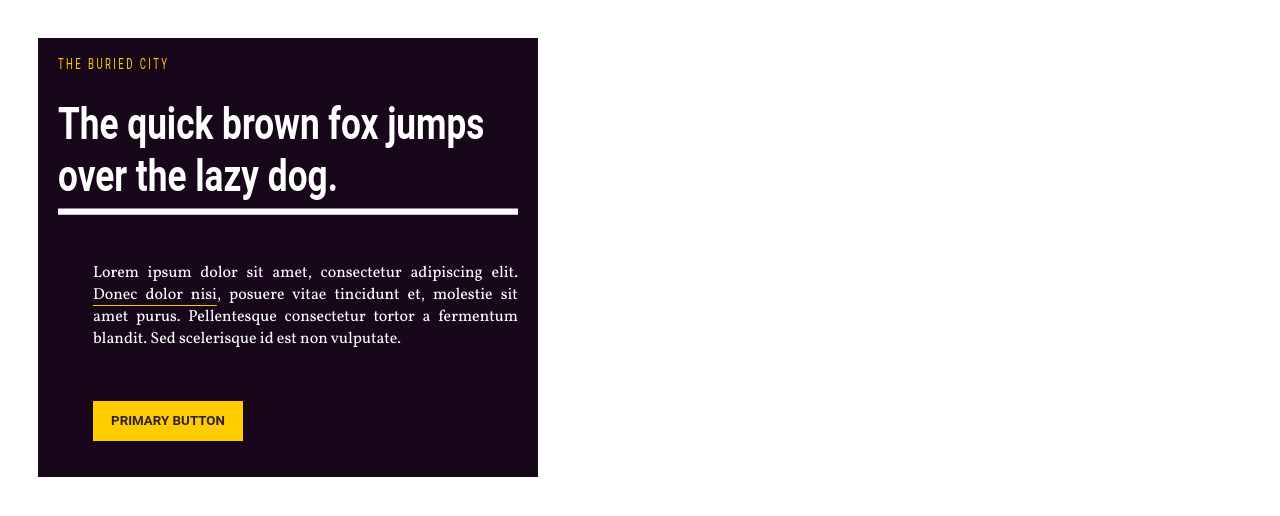
Repository: rafigabriel/TP2---Web-I
Page: ex03-css/index.html
These files come from the project's save history. The page is drawn as it stood at one moment and after a run of saves; the edit follows.
The browser window is 1280 px wide. The pictures show the whole page.

Above is the page before, as saved 2024-09-09 18:27:02.

### ex03-css/index.html
<!DOCTYPE html>
<html lang="pt-br">
    <head>
        <meta charset="UTF-8">
        <meta name="viewport" content="width=device-width, initial-scale=1.0">
        <title>Exercicio 3</title>
        <link rel="stylesheet" href="style.css">
        <link rel="preconnect" href="https://fonts.googleapis.com">
        <link rel="preconnect" href="https://fonts.gstatic.com" crossorigin>
        <link
            href="https://fonts.googleapis.com/css2?family=Roboto+Condensed:ital,wght@0,100..900;1,100..900&display=swap"
            rel="stylesheet">
        <link rel="preconnect" href="https://fonts.googleapis.com">
        <link rel="preconnect" href="https://fonts.gstatic.com" crossorigin>
        <link
            href="https://fonts.googleapis.com/css2?family=Vollkorn:ital,wght@0,400..900;1,400..900&display=swap"
            rel="stylesheet">

    </head>
    <body>
        <div id="container">
            <p id="secao">The buried city</p>
            <h1>The quick brown fox jumps over the lazy dog.</h1>
            <p>Lorem ipsum dolor sit amet, consectetur adipiscing elit. <a
                    id="link"
                    href="#">Donec dolor nisi</a>, posuere vitae tincidunt et,
                molestie sit amet purus. Pellentesque consectetur tortor a
                fermentum
                blandit. Sed scelerisque id est non vulputate.</p>
            <p>
                <button>Primary button</button>
            </p>

        </div>

    </body>
</html>

### ex03-css/style.css
body{
    width: 500px;
    color: #231900;
    padding: 30px;
}

#container{
    background-color: #18071B;
    padding: 20px;
}

h1{
    font-size: 2.2em;
    font-family: "Roboto", sans-serif;
    font-style: normal;
    font-weight: 700;
    color: white;
    padding-bottom: 5px;
    margin-top: 40px;
    border-bottom: 5px solid white;
    transform: scale(1,1.25);
}
p{
    text-align: justify;
    padding: 35px;
    padding-right: 0;
    padding-bottom: 0;
    font-family: "Vollkorn", serif;
    font-weight: 400;
    font-style: normal;
    font-size: 1em;
    color: white;
}

#secao{
    padding: 0;
    font-family: "Roboto", sans-serif;
    font-style: normal;
    font-weight: 400;
    font-size: 0.6em;
    color: #FFCC00;
    letter-spacing: 0.25em;
    margin-top: auto;
    text-transform: uppercase;
    transform: scale(1,1.5);
}

#link{
    font-family: "Vollkorn", serif;
    font-weight: 400;
    color: white;
    text-decoration: underline;
    text-decoration-color: #FFCC00;
    text-decoration-thickness:1px ;
    text-underline-offset: 6px;
}

button{
    display: block;
    background-color: #FFCC00;
    color: #2F2032;
    width: 150px;
    height: 40px;
    border: none;
    font-weight: 700;
    margin-top: 0px;
    font-family: "Roboto", sans-serif;
    text-transform: uppercase;
    text-align: center;
    margin-bottom: 0px;
}

After the next 4 saves:
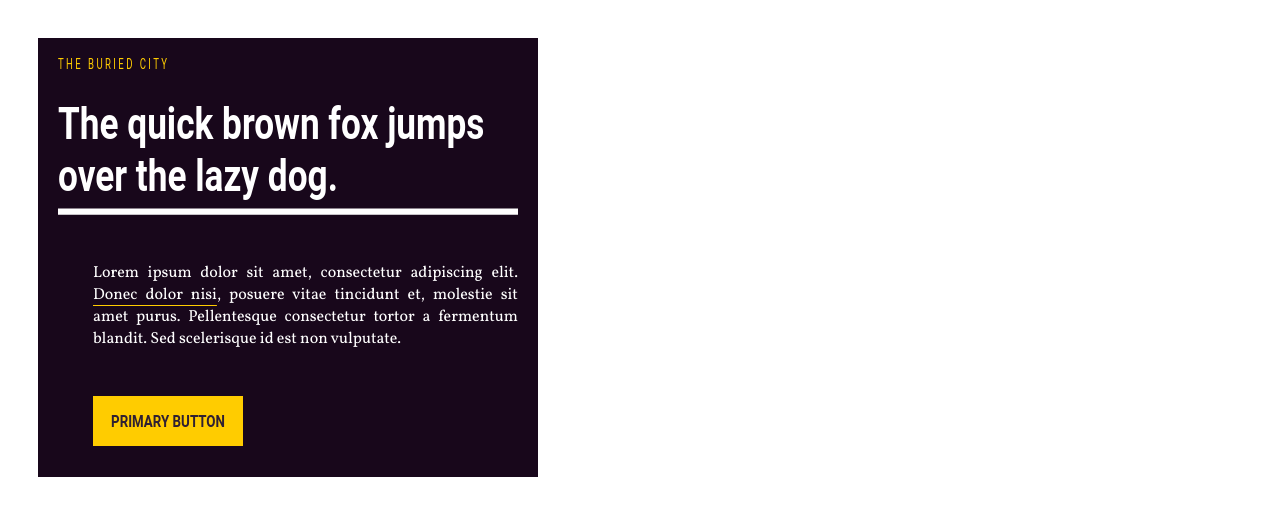
The 4 saves are shown as one change because they came seconds apart.
The last was saved 46 s later.
--- a/ex03-css/style.css
+++ b/ex03-css/style.css
@@ -68,4 +68,5 @@ button{
     text-transform: uppercase;
     text-align: center;
     margin-bottom: 0px;
+    transform: scale(1,1.25);
 }
